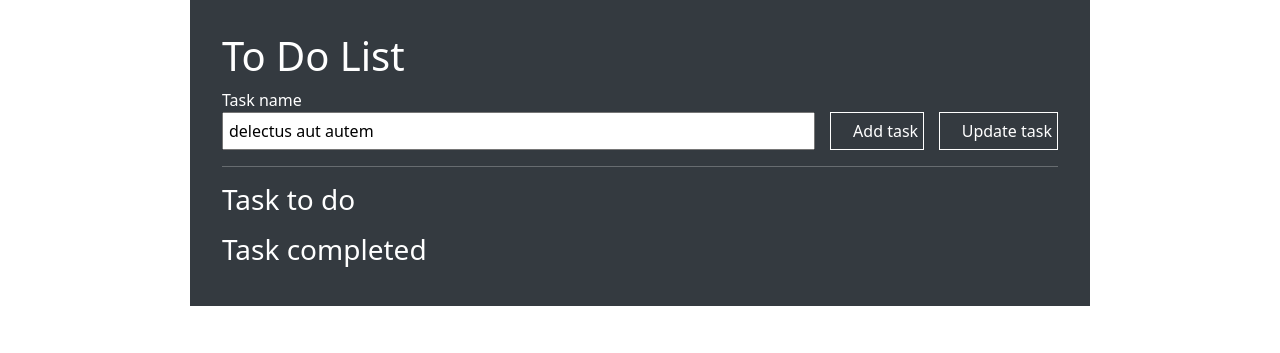
Repository: JVJuvi/ToDoList-jsonplaceholder
Page: /
These files come from the project's save history. The page is drawn as it stood at one moment and after the next save; the edit follows.
The browser window is 1280 px wide. The pictures show the whole page.
The page's requests for data from a server got no answer. Some web fonts or font styles are not loaded; a fallback is used. The project was rebuilt for these pictures with package versions that can differ from the ones it lists, and the page was loaded fresh each time. No one was signed in, and anything a server would have sent is missing.

Above is the page before, as saved 2021-12-04 21:09:45.

After the next save:
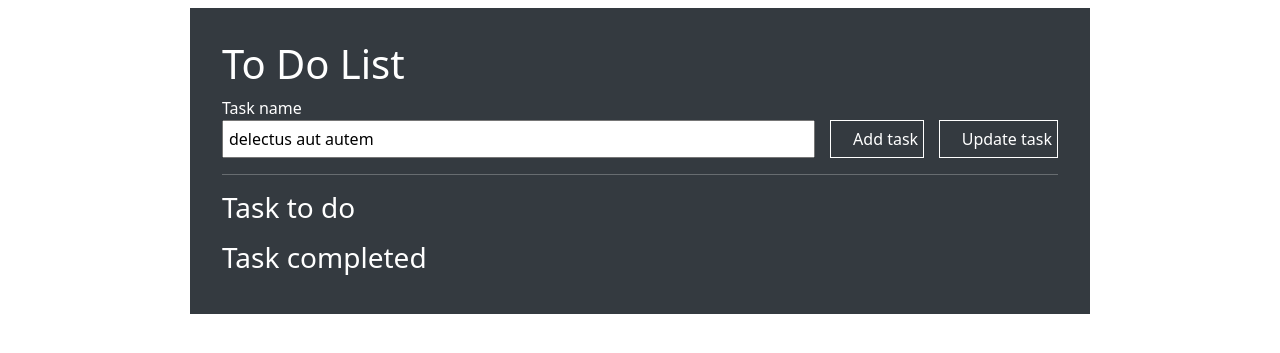
Saved 9 s later.
--- a/src/Components/ToDoList/ToDoList.jsx
+++ b/src/Components/ToDoList/ToDoList.jsx
@@ -28,7 +28,7 @@ const ToDoList = () => {
     let arrCompeted = _.filter(arrToDoList, {'completed': true});
 
     return (
-        <div className="container">
+        <div className="container p-2">
             <div className="todolist">
                 <h1>To Do List</h1>
                 <div className="taskName">
